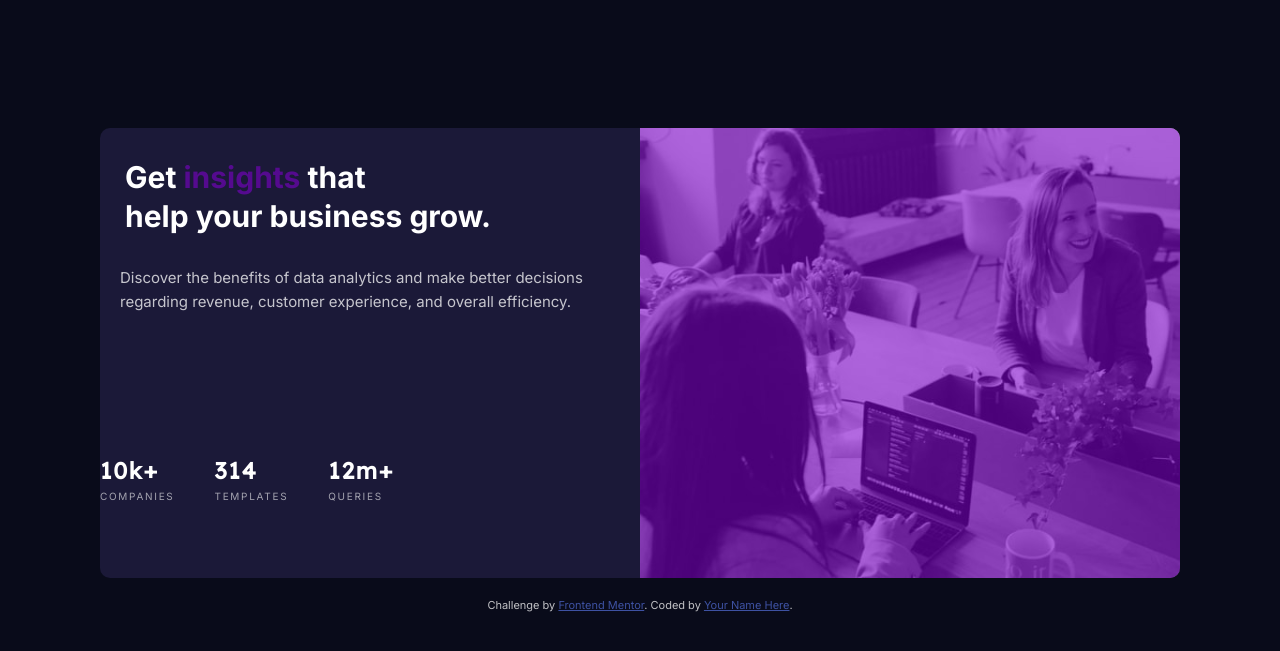
Repository: DejV44/stats-preview-card-component-main
Page: index.html
The author's editor kept a copy of each file at every save. The page is drawn from the files as they stood at one save, then again after the next save.
The browser window is 1280 px wide. The pictures show the whole page.
The style sheet was rebuilt from its Sass, Less or Tailwind sources for each picture, by a compiler version that may differ from the author's.

Above is the page before, as saved 2021-07-10 21:21:42.

After the next save:
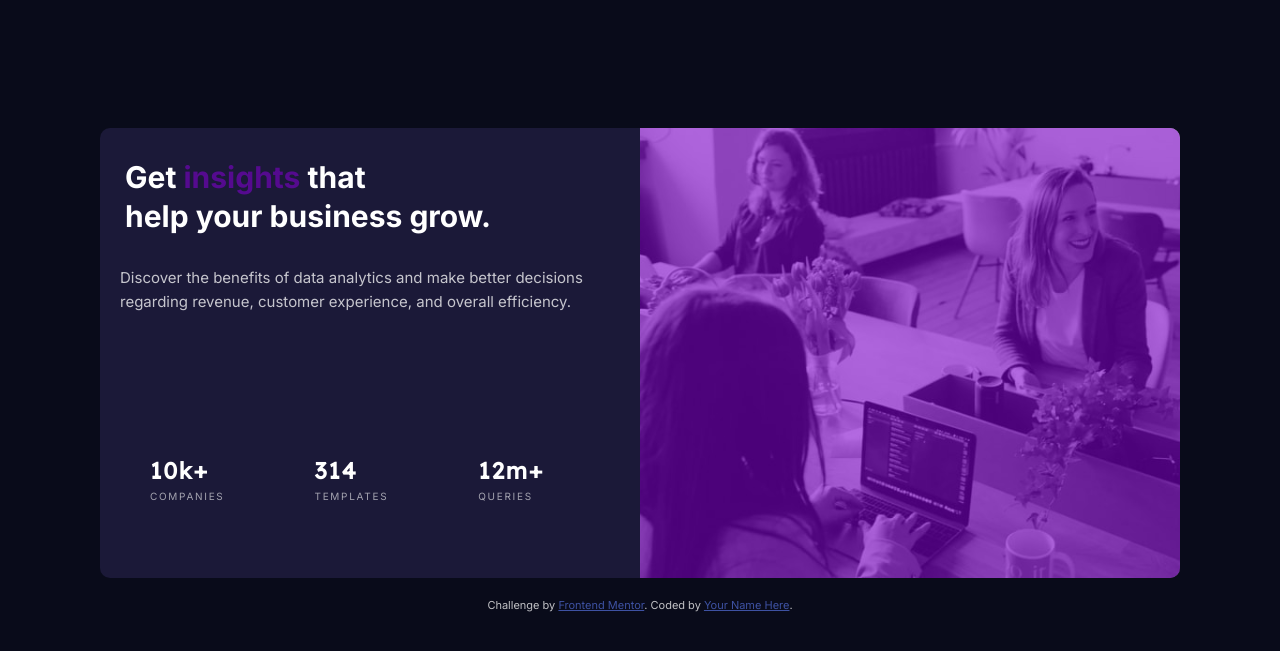
Saved 7 s later.
--- a/css/style.scss
+++ b/css/style.scss
@@ -151,7 +151,7 @@ body {
           text-align: left;
 
           li {
-            margin: 100px 40px 0 0px;
+            margin: 100px 40px 0 50px;
           }
         }
 
